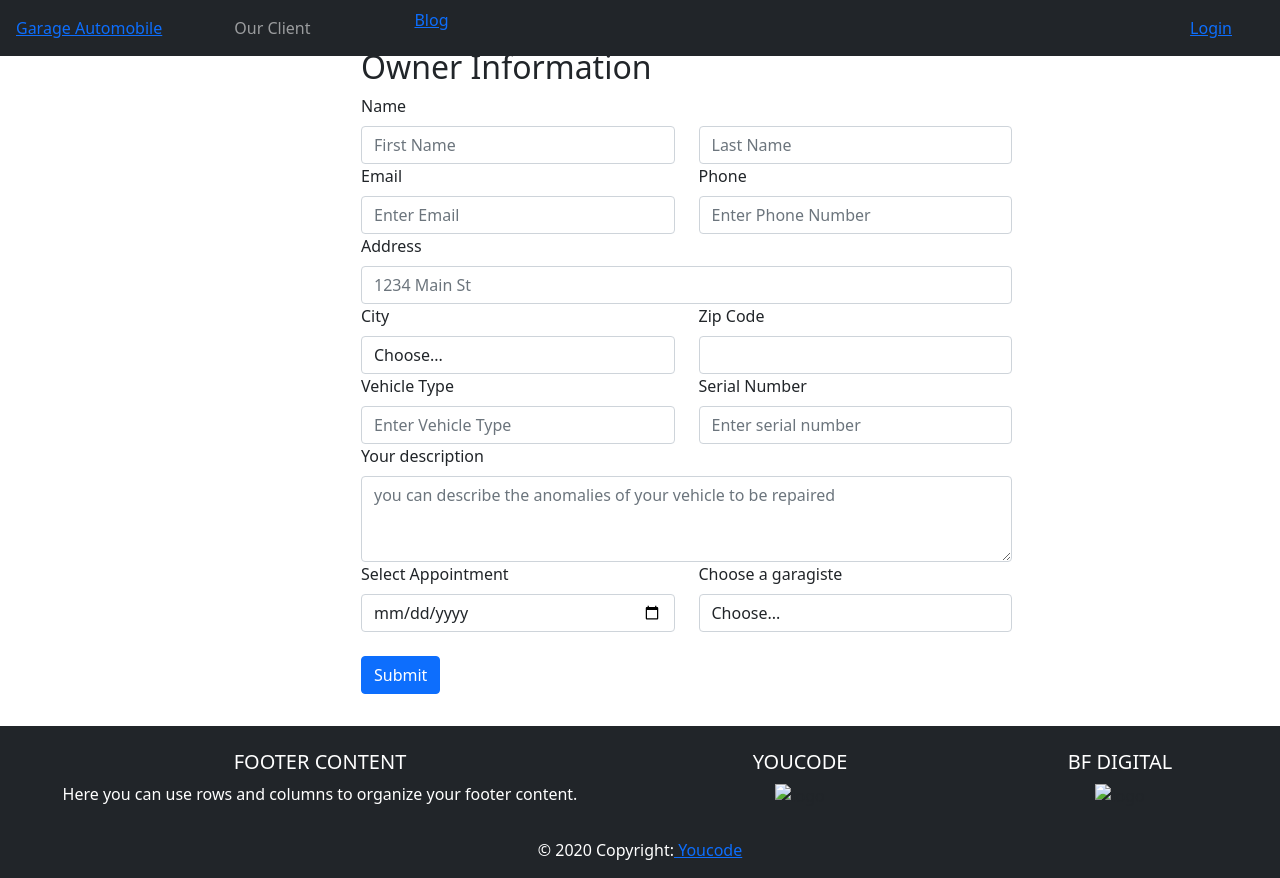
Repository: abdelhak-f/Fil-Rouge
Page: /register (app in client/)
An editor plug-in stored every save of this project. The page is shown before and after the next save, followed by the edit.
The browser window is 1280 px wide. The pictures show the whole page.
The project was rebuilt for these pictures with package versions that can differ from the ones it lists, and the page was loaded fresh each time. Also part of the build but not shown: client/src/components/Text.jsx, client/src/components/forms/FirstFrontForm.jsx, client/src/components/Body.jsx, client/src/components/Blog.jsx, client/src/components/forms/FormGarage.jsx, client/src/components/loged/login/Login.jsx.

Above is the page before, as saved 2021-09-10 17:47:45.

After the next save:
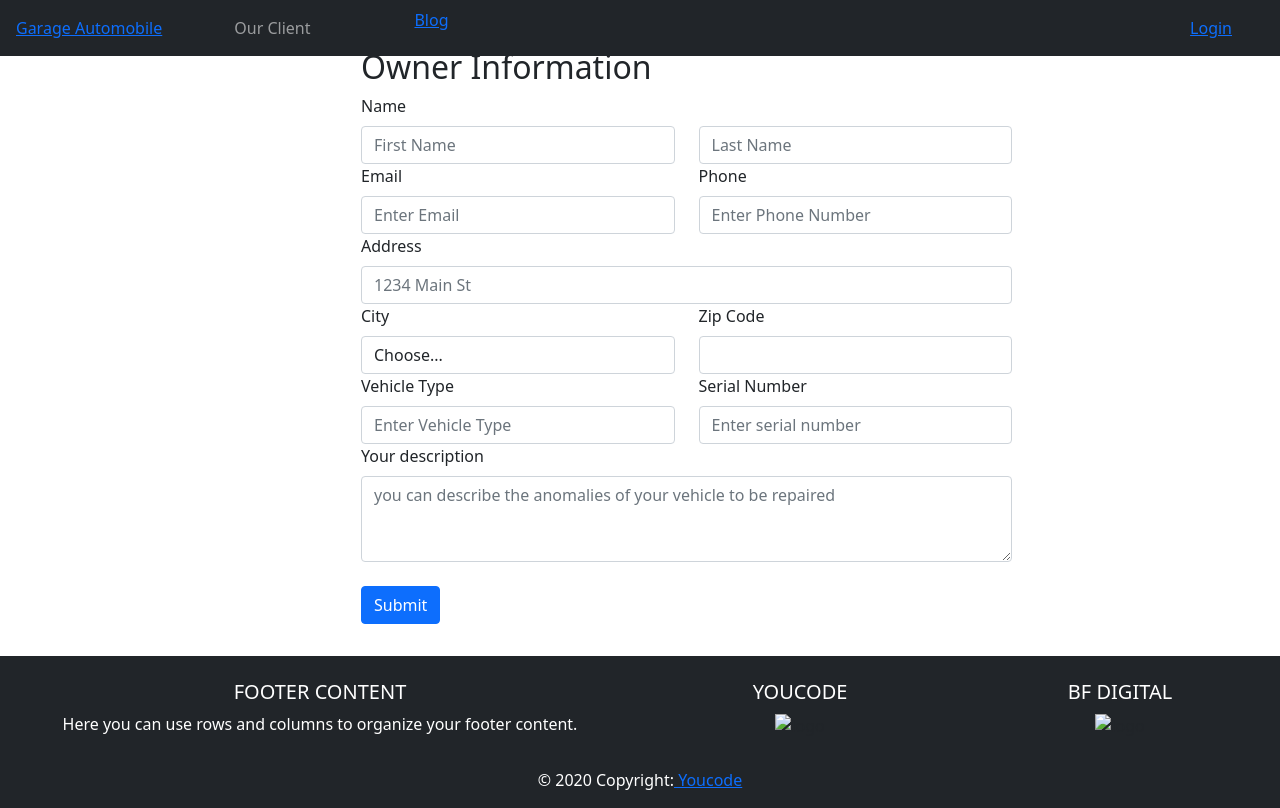
Saved 116 s later.
--- a/client/src/components/loged/register/Register.jsx
+++ b/client/src/components/loged/register/Register.jsx
@@ -77,21 +77,7 @@ function Register() {
                         placeholder="you can describe the anomalies of your vehicle to be repaired"
                       />
                     </Form.Group>
-                    <Form.Group as={Col} >
-                    <Form.Label>Select Appointment</Form.Label>
-                    <Form.Control
-                      type="date"
-                      // value={date}
-                      // onChange={this.setDate}
-                    />
-                  </Form.Group>
-                  <Form.Group as={Col} >
-                      <Form.Label>Choose a garagiste</Form.Label>
-                      <Form.Control type="text" as="select" >
-                       <option>Choose...</option>
-                       </Form.Control>
 
-                    </Form.Group>
                   </Row>
                   <br />
 
